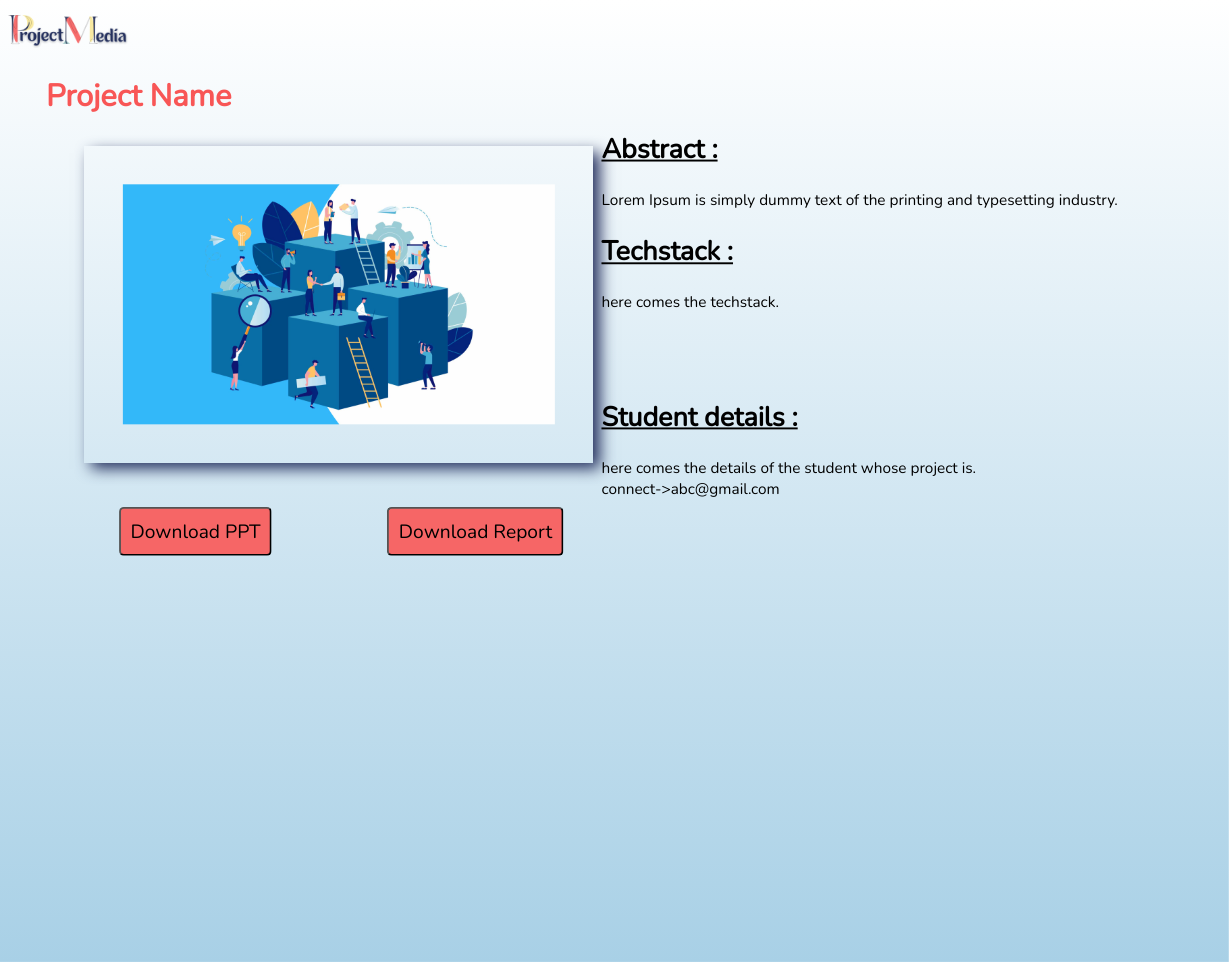
Repository: Sanskriti002/Projectpage
Page: index.html
The author's editor kept a copy of each file at every save. The page is drawn from the files as they stood at one save, then again after a run of saves.
The browser window is 1280 px wide. The pictures show the whole page, at 96% of full size.

Above is the page before, as saved 2023-09-21 11:54:35.

### index.html
<!DOCTYPE html>
<html lang="en">
<head>
    <meta charset="UTF-8">
    <meta name="viewport" content="width=device-width, initial-scale=1.0">
    <title>Projects</title>
    <link rel="preconnect" href="https://fonts.googleapis.com">
<link rel="preconnect" href="https://fonts.gstatic.com" crossorigin>
<link href="https://fonts.googleapis.com/css2?family=Montserrat:wght@300;400;900&family=Nunito&family=Ubuntu&display=swap" rel="stylesheet">
<link rel="stylesheet" href="style.css">
</head>
<body>
    <div>
        <img src="logoss.png" alt="logos">
    </div>
    <div>
        <h1>Project Name</h1>
    </div>
    <section class="project">
        <img src="project.jpg" alt="projectimage">
    </section>
    <section>
        <button type="button" class="btn" onclick="alert('Downloaded')">Download PPT</button>
        <button type="button" class="btn" onclick="alert('Downloaded')">Download Report</button>
    </section>
    <section class="content">
        <h2><u>Abstract :</u></h2></h2>
        <p>Lorem Ipsum is simply dummy text of the printing and typesetting industry.
            </p>
        <h2><u>Techstack :</u></h2>
        <p>here comes the techstack.<br>
        <br><br><br>
    </p>
        <h2><u>Student details :</u></h2>
        <p>here comes the details of the student whose project is.<br>
            connect->abc@gmail.com
        </p>


    </section>

</body>
</html>

### style.css
*{
    font-family: 'Nunito', sans-serif;

}
body{
    background:linear-gradient(white,#a8d0e6) ;
}
img {

    margin:0px;
    padding:0px;
    width:10%;
}
h1 {
    margin-left:40px;
    color:#f85656;
    font-size:32px;
}
.project img {
    width:450px;
    height:250px;
    padding: 40px;
    box-shadow: 7px 7px  15px  #24305e;
    margin-left:80px;
    margin-top: 10px;
    display:inline-flex;



}

.btn {
    background-color:#f66666;
    border-radius: 5px;
    color:black;
    text-align: center;
    text-decoration:none;
    display:inline-block;
    font-size:20px;
    padding: 10px;
    margin-left: 116px;
    margin-top: 40px;
    cursor:pointer;

}


.content {
    float:right;
    text-align: left;
    transform:translate(-20%,-110%);

}

.content h2{
    font-size: 28px;
}
.student {
    float:right;
}

After the next 3 saves:
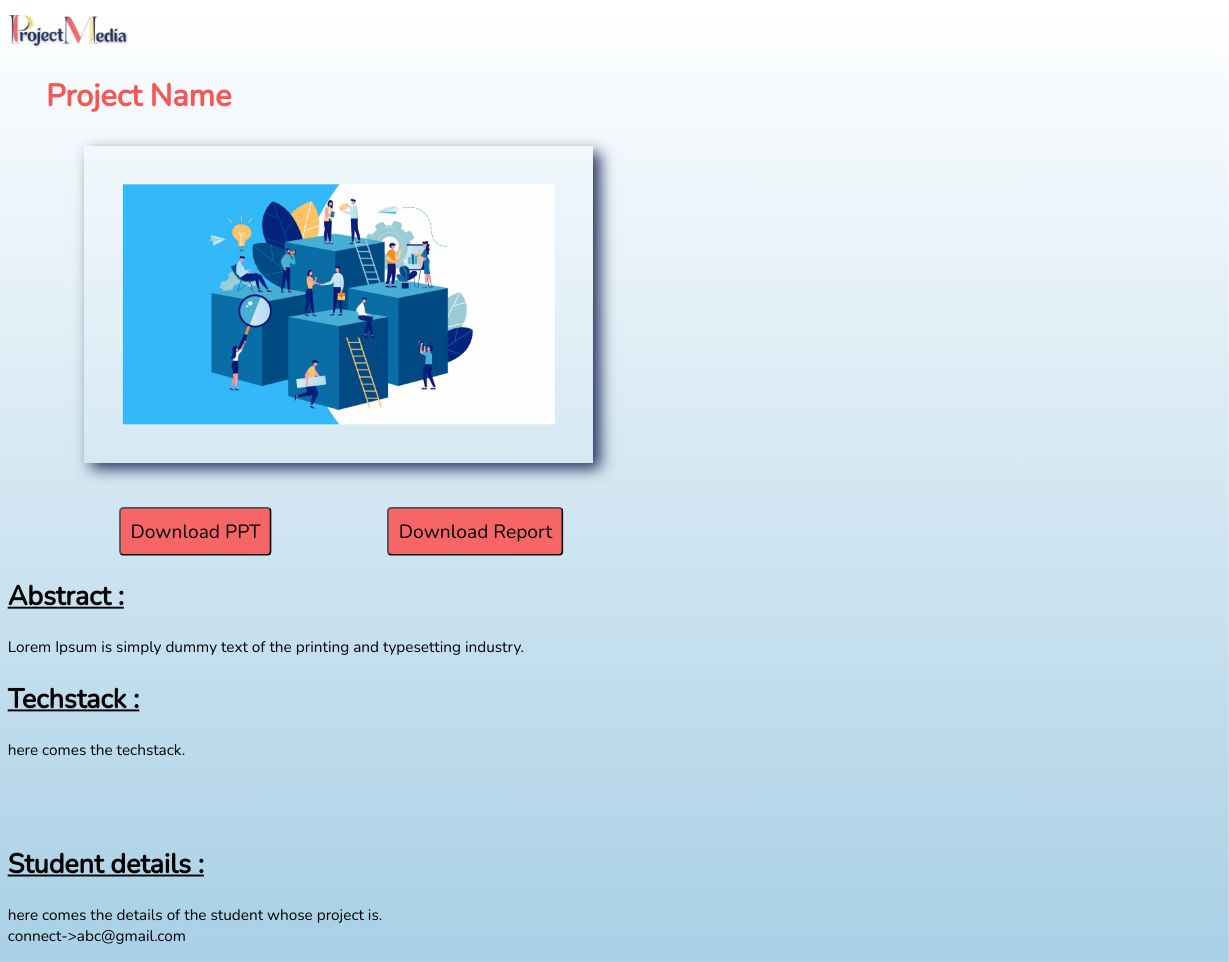
The 3 saves are shown as one change because they came seconds apart.
The last was saved 9 s later.
--- a/style.css
+++ b/style.css
@@ -44,6 +44,7 @@
 
 }
 
+.btn:hover
 
 .content {
     float:right;

After the 3 saves that followed:
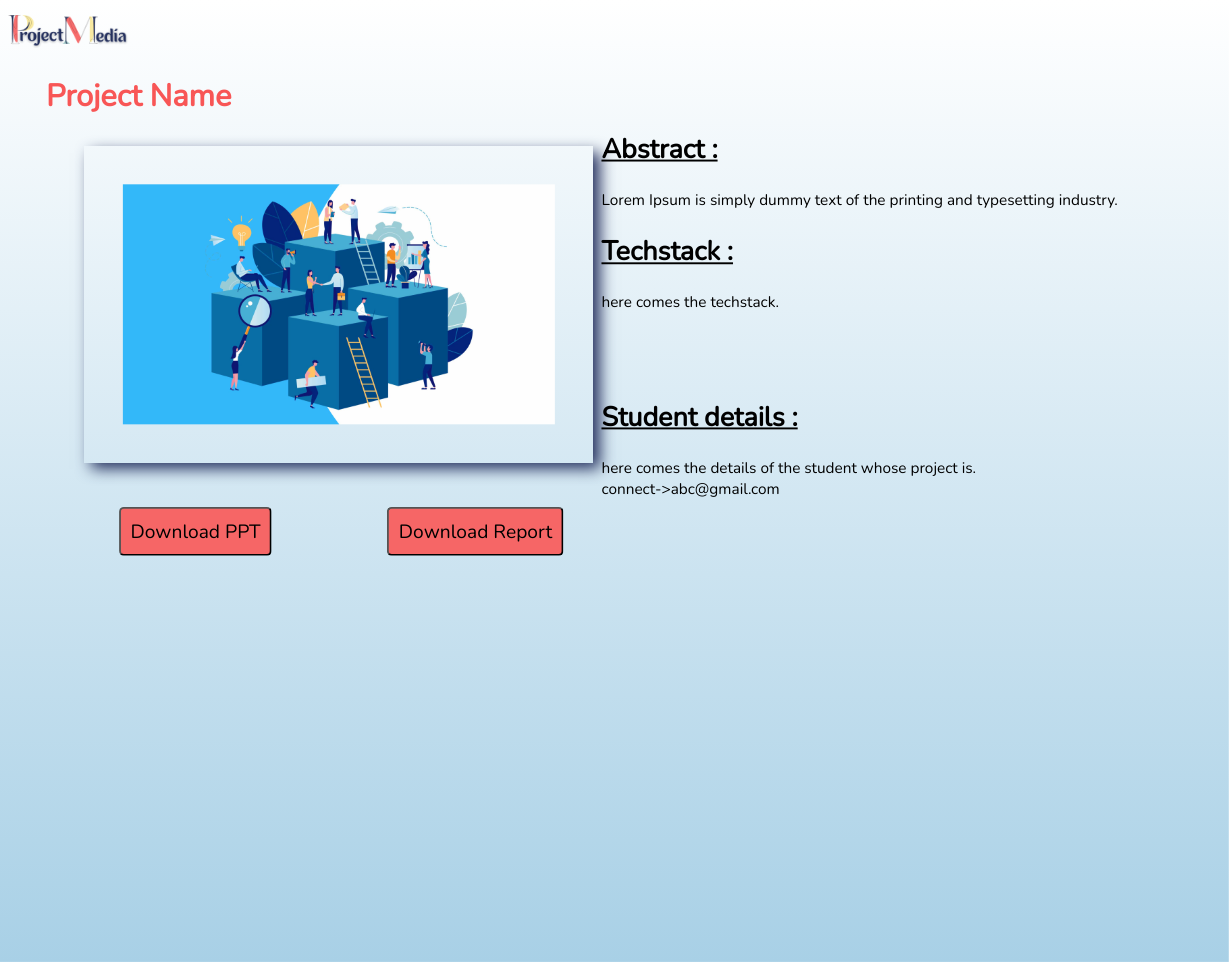
The 3 saves are shown as one change because they came seconds apart.
The last was saved 11 s later.
--- a/style.css
+++ b/style.css
@@ -44,7 +44,9 @@
 
 }
 
-.btn:hover
+.btn:hover {
+    box-shadow: 2p;
+}
 
 .content {
     float:right;
